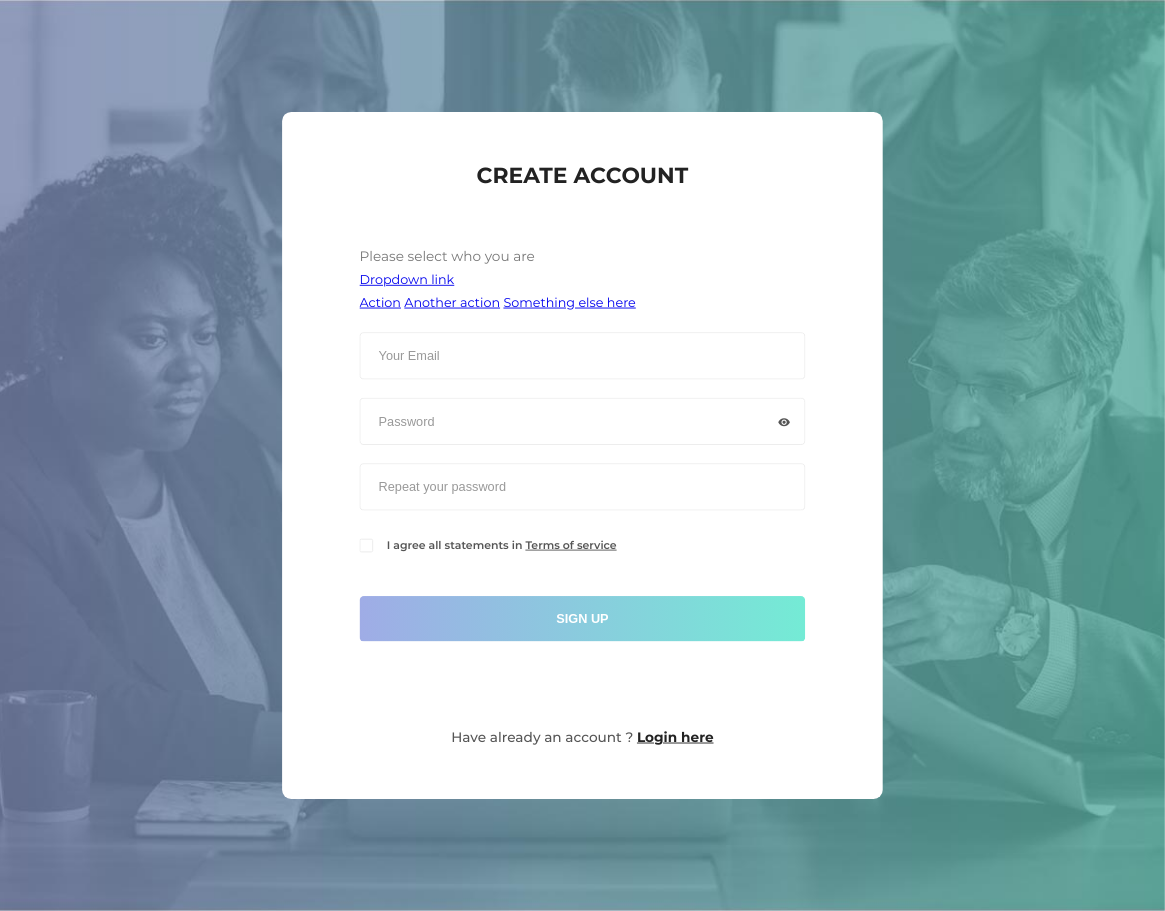
Repository: zainbt/Career_Bridge
Page: static/register/index.html
An editor plug-in stored every save of this project. The page is shown before and after the next save, followed by the edit.
The browser window is 1280 px wide. The pictures show the whole page, at 91% of full size.

Above is the page before, as saved 2019-11-18 17:32:48.

### static/register/index.html
<!DOCTYPE html>
<html lang="en">

<head>
    <meta charset="UTF-8">
    <meta name="viewport" content="width=device-width, initial-scale=1.0">
    <meta http-equiv="X-UA-Compatible" content="ie=edge">
    <title>Sign Up Form by Colorlib</title>

    <!-- Font Icon -->
    <link rel="stylesheet" href="fonts/material-icon/css/material-design-iconic-font.min.css">

    <!-- Main css -->
    <link rel="stylesheet" href="css/style.css">
</head>

<body>

    <div class="main">

        <section class="signup">
            <!-- <img src="images/signup-bg.jpg" alt=""> -->
            <div class="container">
                <div class="signup-content">
                    <form method="POST" id="signup-form" class="signup-form">
                        <h2 class="form-title">Create account</h2>
                        <div class="form-group">
                            <p>Please select who you are</p>
                            <div class="dropdown">
                                <a class="btn btn-secondary dropdown-toggle" href="#" role="button" id="dropdownMenuLink" data-toggle="dropdown" aria-haspopup="true" aria-expanded="false">
                                    Dropdown link
                                    </a>
                                <div class="dropdown-menu" aria-labelledby="dropdownMenuLink">
                                    <a class="dropdown-item" href="#">Action</a>
                                    <a class="dropdown-item" href="#">Another action</a>
                                    <a class="dropdown-item" href="#">Something else here</a>
                                </div>
                            </div>
                        </div>
                        <div class="form-group">
                            <input type="email" class="form-input" name="email" id="email" placeholder="Your Email" />
                        </div>
                        <div class="form-group">
                            <input type="text" class="form-input" name="password" id="password" placeholder="Password" />
                            <span toggle="#password" class="zmdi zmdi-eye field-icon toggle-password"></span>
                        </div>
                        <div class="form-group">
                            <input type="password" class="form-input" name="re_password" id="re_password" placeholder="Repeat your password" />
                        </div>
                        <div class="form-group">
                            <input type="checkbox" name="agree-term" id="agree-term" class="agree-term" />
                            <label for="agree-term" class="label-agree-term"><span><span></span></span>I agree all statements in  <a href="#" class="term-service">Terms of service</a></label>
                        </div>
                        <div class="form-group">
                            <input type="submit" name="submit" id="submit" class="form-submit" value="Sign up" />
                        </div>
                    </form>
                    <p class="loginhere">
                        Have already an account ? <a href="#" class="loginhere-link">Login here</a>
                    </p>
                </div>
            </div>
        </section>

    </div>

    <!-- JS -->
    <script src="vendor/jquery/jquery.min.js"></script>
    <script src="js/main.js"></script>
</body>
<!-- This templates was made by Colorlib (https://colorlib.com) -->

</html>

### static/register/css/style.css
/* @extend display-flex; */
display-flex, .display-flex, .display-flex-center {
  display: flex;
  display: -webkit-flex; }

/* @extend list-type-ulli; */
list-type-ulli {
  list-style-type: none;
  margin: 0;
  padding: 0; }

/* Montserrat-300 - latin */
@font-face {
  font-family: 'Montserrat';
  font-style: normal;
  font-weight: 300;
  src: url("../fonts/montserrat/Montserrat-Light.ttf");
  /* IE9 Compat Modes */ }
@font-face {
  font-family: 'Montserrat';
  font-style: normal;
  font-weight: 400;
  src: url("../fonts/montserrat/Montserrat-Regular.ttf");
  /* IE9 Compat Modes */ }
@font-face {
  font-family: 'Montserrat';
  font-style: italic;
  font-weight: 400;
  src: url("../fonts/montserrat/Montserrat-Italic.ttf");
  /* IE9 Compat Modes */ }
@font-face {
  font-family: 'Montserrat';
  font-style: normal;
  font-weight: 500;
  src: url("../fonts/montserrat/Montserrat-Medium.ttf");
  /* IE9 Compat Modes */ }
@font-face {
  font-family: 'Montserrat';
  font-style: normal;
  font-weight: 600;
  src: url("../fonts/montserrat/Montserrat-SemiBold.ttf");
  /* IE9 Compat Modes */ }
@font-face {
  font-family: 'Montserrat';
  font-style: normal;
  font-weight: 700;
  src: url("../fonts/montserrat/Montserrat-Bold.ttf");
  /* IE9 Compat Modes */ }
@font-face {
  font-family: 'Montserrat';
  font-style: italic;
  font-weight: 700;
  src: url("../fonts/montserrat/Montserrat-BoldItalic.ttf");
  /* IE9 Compat Modes */ }
@font-face {
  font-family: 'Montserrat';
  font-style: italic;
  font-weight: 900;
  src: url("../fonts/montserrat/montserrat-v12-latin-900.ttf"), url("../fonts/montserrat/montserrat-v12-latin-900.eot") format("embedded-opentype"), url("../fonts/montserrat/montserrat-v12-latin-900.svg") format("woff2"), url("../fonts/montserrat/montserrat-v12-latin-900.woff") format("woff"), url("../fonts/montserrat/montserrat-v12-latin-900.woff2") format("truetype"); }
a:focus, a:active {
  text-decoration: none;
  outline: none;
  transition: all 300ms ease 0s;
  -moz-transition: all 300ms ease 0s;
  -webkit-transition: all 300ms ease 0s;
  -o-transition: all 300ms ease 0s;
  -ms-transition: all 300ms ease 0s; }

input, select, textarea {
  outline: none;
  appearance: unset !important;
  -moz-appearance: unset !important;
  -webkit-appearance: unset !important;
  -o-appearance: unset !important;
  -ms-appearance: unset !important; }

input::-webkit-outer-spin-button, input::-webkit-inner-spin-button {
  appearance: none !important;
  -moz-appearance: none !important;
  -webkit-appearance: none !important;
  -o-appearance: none !important;
  -ms-appearance: none !important;
  margin: 0; }

input:focus, select:focus, textarea:focus {
  outline: none;
  box-shadow: none !important;
  -moz-box-shadow: none !important;
  -webkit-box-shadow: none !important;
  -o-box-shadow: none !important;
  -ms-box-shadow: none !important; }

input[type=checkbox] {
  appearance: checkbox !important;
  -moz-appearance: checkbox !important;
  -webkit-appearance: checkbox !important;
  -o-appearance: checkbox !important;
  -ms-appearance: checkbox !important; }

input[type=radio] {
  appearance: radio !important;
  -moz-appearance: radio !important;
  -webkit-appearance: radio !important;
  -o-appearance: radio !important;
  -ms-appearance: radio !important; }

img {
  max-width: 100%;
  height: auto; }

figure {
  margin: 0; }

p {
  margin-bottom: 0px;
  font-size: 15px;
  color: #777; }

h2 {
  line-height: 1.66;
  margin: 0;
  padding: 0;
  font-weight: 900;
  color: #222;
  font-family: 'Montserrat';
  font-size: 24px;
  text-transform: uppercase;
  text-align: center;
  margin-bottom: 40px; }

.clear {
  clear: both; }

body {
  font-size: 14px;
  line-height: 1.8;
  color: #222;
  font-weight: 400;
  font-family: 'Montserrat';
  background-image: url("../images/signup-bg.jpg");
  background-repeat: no-repeat;
  background-size: cover;
  -moz-background-size: cover;
  -webkit-background-size: cover;
  -o-background-size: cover;
  -ms-background-size: cover;
  background-position: center center;
  padding: 115px 0; }

.container {
  width: 660px;
  position: relative;
  margin: 0 auto; }

.display-flex {
  justify-content: space-between;
  -moz-justify-content: space-between;
  -webkit-justify-content: space-between;
  -o-justify-content: space-between;
  -ms-justify-content: space-between;
  align-items: center;
  -moz-align-items: center;
  -webkit-align-items: center;
  -o-align-items: center;
  -ms-align-items: center; }

.display-flex-center {
  justify-content: center;
  -moz-justify-content: center;
  -webkit-justify-content: center;
  -o-justify-content: center;
  -ms-justify-content: center;
  align-items: center;
  -moz-align-items: center;
  -webkit-align-items: center;
  -o-align-items: center;
  -ms-align-items: center; }

.position-center {
  position: absolute;
  top: 50%;
  left: 50%;
  transform: translate(-50%, -50%);
  -moz-transform: translate(-50%, -50%);
  -webkit-transform: translate(-50%, -50%);
  -o-transform: translate(-50%, -50%);
  -ms-transform: translate(-50%, -50%); }

.signup-content {
  background: #fff;
  border-radius: 10px;
  -moz-border-radius: 10px;
  -webkit-border-radius: 10px;
  -o-border-radius: 10px;
  -ms-border-radius: 10px;
  padding: 50px 85px; }

.form-group {
  overflow: hidden;
  margin-bottom: 20px; }

.form-input {
  width: 100%;
  border: 1px solid #ebebeb;
  border-radius: 5px;
  -moz-border-radius: 5px;
  -webkit-border-radius: 5px;
  -o-border-radius: 5px;
  -ms-border-radius: 5px;
  padding: 17px 20px;
  box-sizing: border-box;
  font-size: 14px;
  font-weight: 500;
  color: #222; }
  .form-input::-webkit-input-placeholder {
    color: #999; }
  .form-input::-moz-placeholder {
    color: #999; }
  .form-input:-ms-input-placeholder {
    color: #999; }
  .form-input:-moz-placeholder {
    color: #999; }
  .form-input::-webkit-input-placeholder {
    font-weight: 500; }
  .form-input::-moz-placeholder {
    font-weight: 500; }
  .form-input:-ms-input-placeholder {
    font-weight: 500; }
  .form-input:-moz-placeholder {
    font-weight: 500; }
  .form-input:focus {
    border: 1px solid transparent;
    -webkit-border-image-source: -webkit-linear-gradient(to right, #9face6, #74ebd5);
    -moz-border-image-source: -moz-linear-gradient(to right, #9face6, #74ebd5);
    -o-border-image-source: -o-linear-gradient(to right, #9face6, #74ebd5);
    border-image-source: linear-gradient(to right, #9face6, #74ebd5);
    -webkit-border-image-slice: 1;
    border-image-slice: 1;
    border-radius: 5px;
    -moz-border-radius: 5px;
    -webkit-border-radius: 5px;
    -o-border-radius: 5px;
    -ms-border-radius: 5px;
    background-origin: border-box;
    background-clip: content-box, border-box; }
    .form-input:focus::-webkit-input-placeholder {
      color: #222; }
    .form-input:focus::-moz-placeholder {
      color: #222; }
    .form-input:focus:-ms-input-placeholder {
      color: #222; }
    .form-input:focus:-moz-placeholder {
      color: #222; }

.form-submit {
  width: 100%;
  border-radius: 5px;
  -moz-border-radius: 5px;
  -webkit-border-radius: 5px;
  -o-border-radius: 5px;
  -ms-border-radius: 5px;
  padding: 17px 20px;
  box-sizing: border-box;
  font-size: 14px;
  font-weight: 700;
  color: #fff;
  text-transform: uppercase;
  border: none;
  background-image: -moz-linear-gradient(to left, #74ebd5, #9face6);
  background-image: -ms-linear-gradient(to left, #74ebd5, #9face6);
  background-image: -o-linear-gradient(to left, #74ebd5, #9face6);
  background-image: -webkit-linear-gradient(to left, #74ebd5, #9face6);
  background-image: linear-gradient(to left, #74ebd5, #9face6); }

input[type=checkbox]:not(old) {
  width: 2em;
  margin: 0;
  padding: 0;
  font-size: 1em;
  display: none; }

input[type=checkbox]:not(old) + label {
  display: inline-block;
  margin-top: 7px;
  margin-bottom: 25px; }

input[type=checkbox]:not(old) + label > span {
  display: inline-block;
  width: 13px;
  height: 13px;
  margin-right: 15px;
  margin-bottom: 3px;
  border: 1px solid #ebebeb;
  border-radius: 2px;
  -moz-border-radius: 2px;
  -webkit-border-radius: 2px;
  -o-border-radius: 2px;
  -ms-border-radius: 2px;
  background: white;
  background-image: -moz-linear-gradient(white, white);
  background-image: -ms-linear-gradient(white, white);
  background-image: -o-linear-gradient(white, white);
  background-image: -webkit-linear-gradient(white, white);
  background-image: linear-gradient(white, white);
  vertical-align: bottom; }

input[type=checkbox]:not(old):checked + label > span {
  background-image: -moz-linear-gradient(white, white);
  background-image: -ms-linear-gradient(white, white);
  background-image: -o-linear-gradient(white, white);
  background-image: -webkit-linear-gradient(white, white);
  background-image: linear-gradient(white, white); }

input[type=checkbox]:not(old):checked + label > span:before {
  content: '\f26b';
  display: block;
  color: #222;
  font-size: 11px;
  line-height: 1.2;
  text-align: center;
  font-family: 'Material-Design-Iconic-Font';
  font-weight: bold; }

.label-agree-term {
  font-size: 12px;
  font-weight: 600;
  color: #555; }

.term-service {
  color: #555; }

.loginhere {
  color: #555;
  font-weight: 500;
  text-align: center;
  margin-top: 91px;
  margin-bottom: 5px; }

.loginhere-link {
  font-weight: 700;
  color: #222; }

.field-icon {
  float: right;
  margin-right: 17px;
  margin-top: -32px;
  position: relative;
  z-index: 2;
  color: #555; }

@media screen and (max-width: 768px) {
  .container {
    width: calc(100% - 40px);
    max-width: 100%; } }
@media screen and (max-width: 480px) {
  .signup-content {
    padding: 50px 25px; } }

/*# sourceMappingURL=style.css.map */

Loaded but not shown: static/register/fonts/material-icon/css/material-design-iconic-font.min.css (library); static/register/vendor/jquery/jquery.min.js (library); static/register/js/main.js (common file)

After the next save:
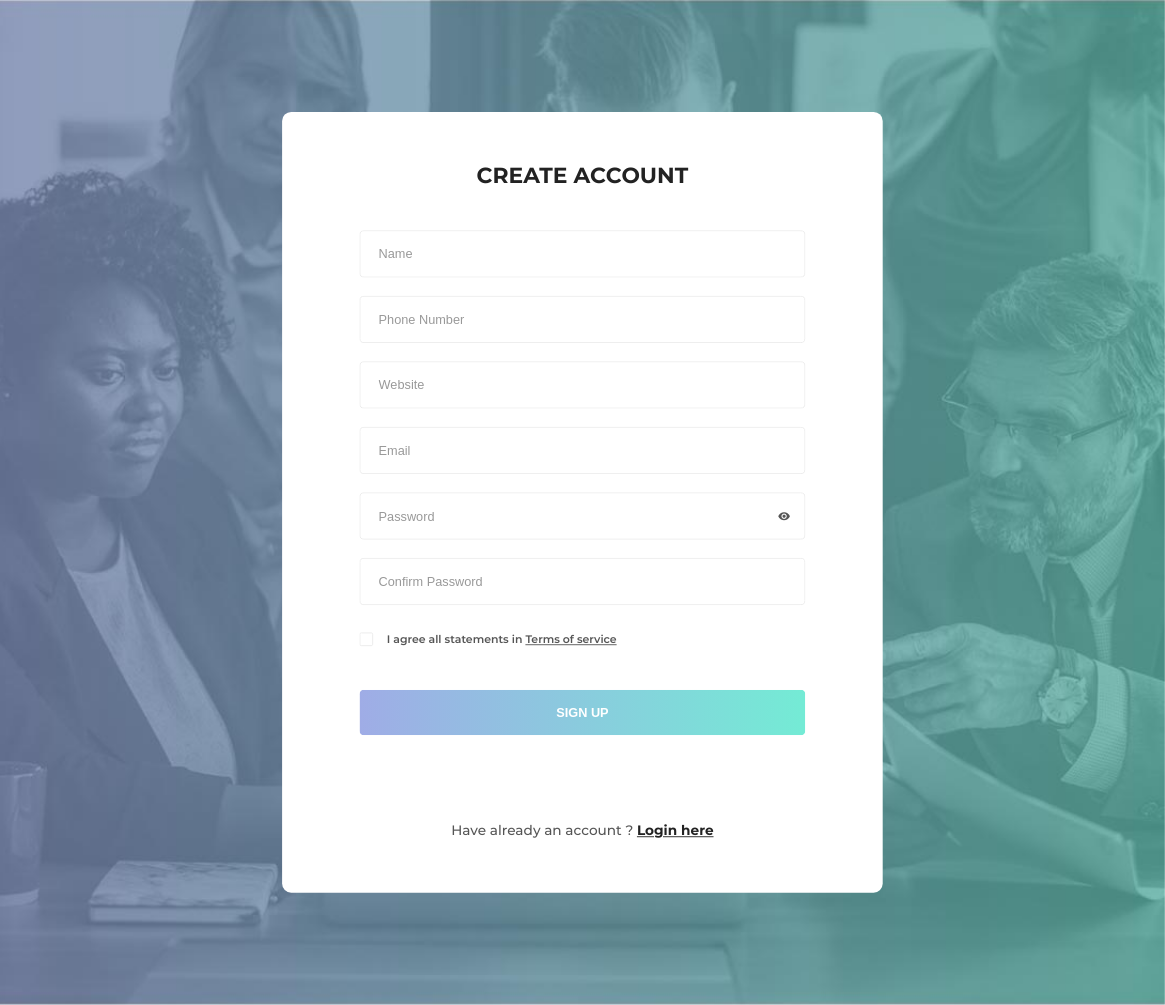
Saved 11 min 2 s later.
--- a/static/register/index.html
+++ b/static/register/index.html
@@ -25,27 +25,23 @@
                     <form method="POST" id="signup-form" class="signup-form">
                         <h2 class="form-title">Create account</h2>
                         <div class="form-group">
-                            <p>Please select who you are</p>
-                            <div class="dropdown">
-                                <a class="btn btn-secondary dropdown-toggle" href="#" role="button" id="dropdownMenuLink" data-toggle="dropdown" aria-haspopup="true" aria-expanded="false">
-                                    Dropdown link
-                                    </a>
-                                <div class="dropdown-menu" aria-labelledby="dropdownMenuLink">
-                                    <a class="dropdown-item" href="#">Action</a>
-                                    <a class="dropdown-item" href="#">Another action</a>
-                                    <a class="dropdown-item" href="#">Something else here</a>
-                                </div>
-                            </div>
+                            <input type="text" class="form-input" name="name" id="name" placeholder="Name" />
                         </div>
                         <div class="form-group">
-                            <input type="email" class="form-input" name="email" id="email" placeholder="Your Email" />
+                            <input type="number" class="form-input" name="name" id="name" placeholder="Phone Number" />
+                        </div>
+                        <div class="form-group">
+                            <input type="url" class="form-input" name="name" id="name" placeholder="Website" />
+                        </div>
+                        <div class="form-group">
+                            <input type="email" class="form-input" name="email" id="email" placeholder="Email" />
                         </div>
                         <div class="form-group">
                             <input type="text" class="form-input" name="password" id="password" placeholder="Password" />
                             <span toggle="#password" class="zmdi zmdi-eye field-icon toggle-password"></span>
                         </div>
                         <div class="form-group">
-                            <input type="password" class="form-input" name="re_password" id="re_password" placeholder="Repeat your password" />
+                            <input type="password" class="form-input" name="re_password" id="re_password" placeholder="Confirm Password" />
                         </div>
                         <div class="form-group">
                             <input type="checkbox" name="agree-term" id="agree-term" class="agree-term" />
